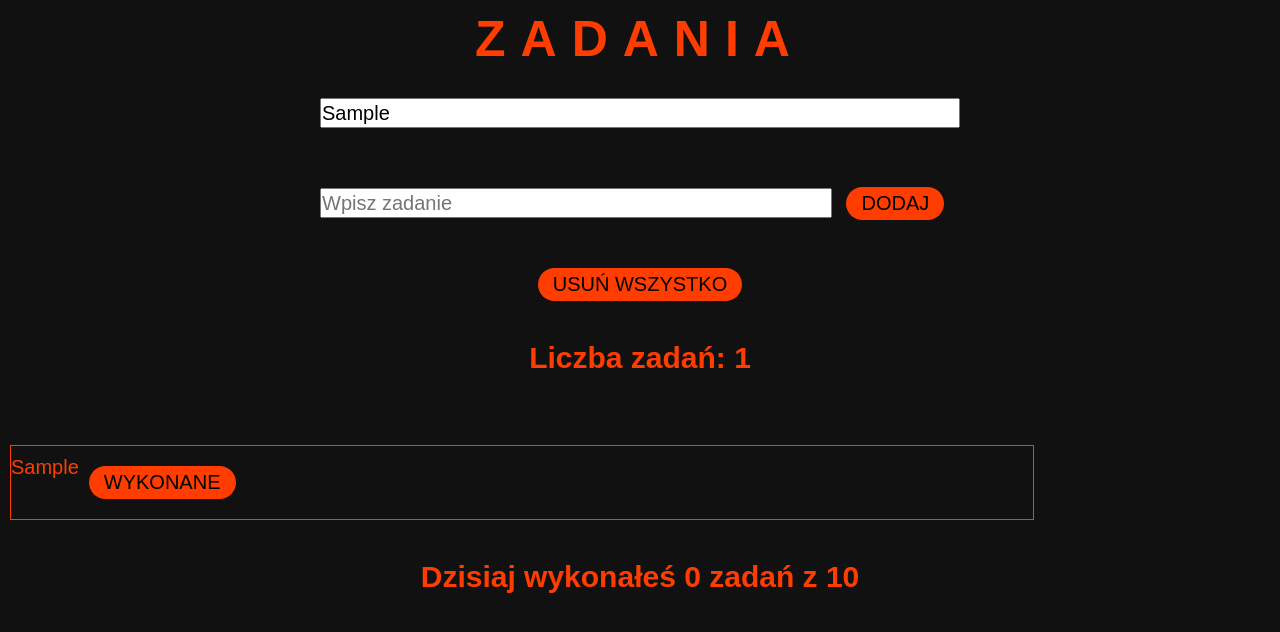
Repository: RobertDsr/To-Do-List
Page: index.html
The author's editor kept a copy of each file at every save. The page is drawn from the files as they stood at one save, then again after the next save.
The browser window is 1280 px wide. The pictures show the whole page.
Empty fields were first filled with sample values (such as "Sample", 5 or name@example.com).
After loading, the first visible `form.add-task` was submitted once.
The style sheet was rebuilt from its Sass, Less or Tailwind sources for each picture, by a compiler version that may differ from the author's.

Above is the page before, as saved 2022-01-14 14:16:07.

### index.html
<!DOCTYPE html>
<html lang="en">

<head>
    <meta charset="UTF-8">
    <meta http-equiv="X-UA-Compatible" content="IE=edge">
    <meta name="viewport" content="width=device-width, initial-scale=1.0">
    <title>To Do List</title>
    <link rel="stylesheet" href="css/style.min.css">
</head>

<body>
    <section class="main-wrapper">
        <h1 class="title">ZADANIA</h1>
        <input class="search" type="text" placeholder="Wpisz szukane słowo">
        <form class="add-task" action="">
            <input class="add-task__input" type="text" placeholder="Wpisz zadanie">
            <button class="btn btn--small">DODAJ</button>
        </form>
        <button class="btn btn--large">USUŃ WSZYSTKO</button>
        <h2 class="title-count-task">Liczba zadań: <span class="count-task">0</span></h2>
            <ul class="list">

            </ul>
        <h2 class="title-count-task">Dzisiaj wykonałeś <span class="count-task">0</span> zadań z <span
                class="count-task">10</span></h2>
    </section>

    <script src="/js/main.js"></script>
</body>

</html>

### js/main.js

const toDoList = [];

const input = document.querySelector('.search');
const ul = document.querySelector('.list');
const liElements = document.getElementsByClassName('list__item');
const form = document.querySelector('.add-task');
const taskNumber = document.querySelector('.count-task');
const inputAddTask = document.querySelector('.add-task__input');
const li = document.querySelectorAll('.list__item');

// Wyszukiwarka
const searchTask = (e) => {
    const searchTekst = e.target.value.toLowerCase();
    let tasks = [...liElements];
    tasks = tasks.filter(li => li.textContent.toLowerCase().includes(searchTekst));
    ul.textContent = "";
    tasks.forEach(li => ul.appendChild(li));
}

input.addEventListener('input', searchTask);

// Usuwanie elementów z listy
const removeTask = (e) => {
    e.target.parentNode.remove();
    const index = e.target.parentNode.dataset.key;
    // console.log(index);
    // document.querySelector(`li[data-key="${index}"]`).remove();
    // document.querySelector(`button[data-key="${index}"]`).remove();

    toDoList.splice(index, 1);

    renderList();

    taskNumber.textContent = liElements.length;
}




// Dodawanie elementów listy

const addTask = (e) => {
    e.preventDefault();
    const titleTask = inputAddTask.value;
    if(titleTask === "") return;
    const taskElements = document.createElement('li');
    taskElements.className = 'list__item';
    taskElements.innerHTML = titleTask + '<button class="btn btn--medium">WYKONANE</button>';
    toDoList.push(taskElements);
    ul.textContent = "";
    renderList();
    ul.appendChild(taskElements);

    inputAddTask.value = "";

    taskNumber.textContent = liElements.length;

    taskElements.querySelector('.btn--medium ').addEventListener('click', removeTask);
}

const renderList = () => {
    toDoList.forEach(( toDoElement, key) => {
        toDoElement.dataset.key = key;
        ul.appendChild(toDoElement);
    })
}

form.addEventListener('submit', addTask);

### sass/style.scss
@import "variables";
@import "reset";
@import "base";
@import "main";

### sass/_variables.scss
:root {
    --bg-main-color: rgb(17, 17, 17);
    --font-main-color: rgb(255, 61, 0);
    --btn-bg-color: rgb(255, 61, 0);
}

### sass/_base.scss
body {
    background-color: var(--bg-main-color);
    font-family: Arial, Helvetica, sans-serif;
    color: var(--font-main-color);
}

button {
    background-color: var(--btn-bg-color);
    border: none;
    margin: 10px;
    padding: 5px 15px;
    border-radius: 2em;
    font-size: 20px;
    cursor: pointer;
}

### sass/_main.scss
.main-wrapper {
    display: flex;
    flex-direction: column;
}

.title {
    margin: 10px;
    text-align: center;
    font-size: 50px;
    letter-spacing: 0.3em;
}

.search {
    margin: 20px auto;
    min-height: 30px;
    min-width: 50%;
    font-size: 20px;
}

.add-task {
    margin: 20px auto;
    min-width: 50%;
}

.add-task__input {
    margin: 20px auto;
    min-height: 30px;
    min-width: 80%;
    font-size: 20px;
}

.btn--large {
    margin: 10px auto;
}

.btn--medium {
    align-self: flex-end;
}

.title-count-task {
    margin: 30px 30px 60px;
    text-align: center;
    font-size: 30px;
}

.list {
    display: flex;
    flex-wrap: wrap;
}

.list__item {
    display: flex;
    flex-basis: 80%;
    font-size: 20px;
    margin: 10px;
    padding: 10px 0 10px;
    border: 1px solid ;
}

Loaded but not shown: sass/_reset.scss (common file)

After the next save:
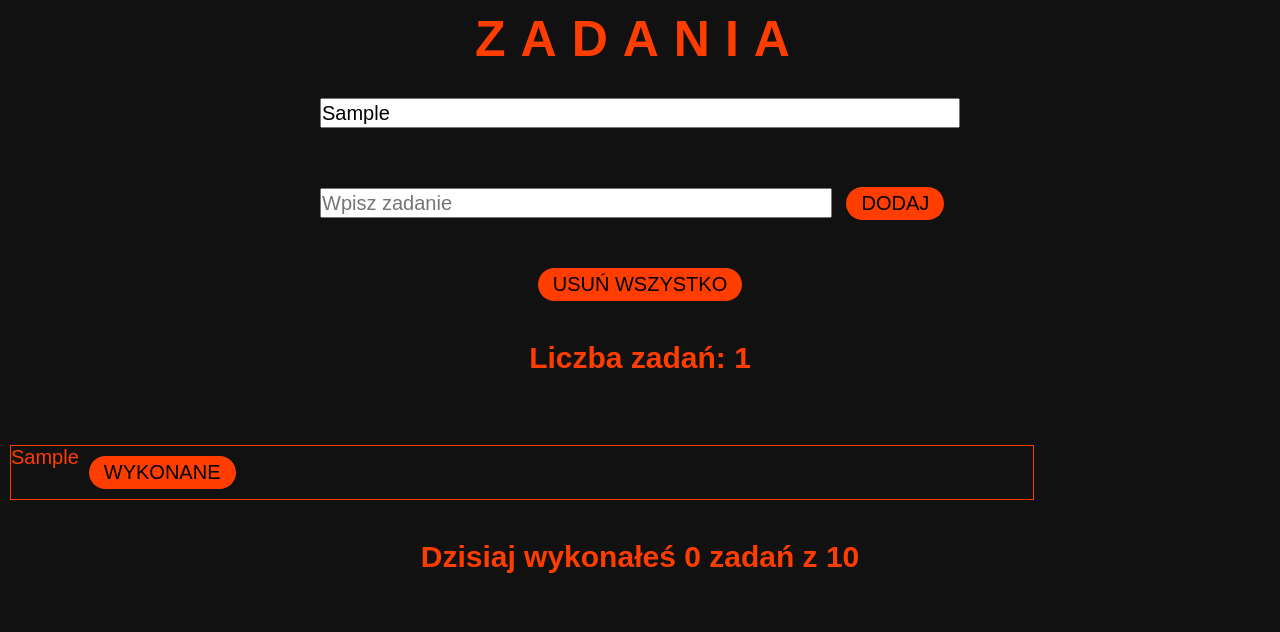
Saved 4 s later.
--- a/sass/_main.scss
+++ b/sass/_main.scss
@@ -53,6 +53,6 @@
     flex-basis: 80%;
     font-size: 20px;
     margin: 10px;
-    padding: 10px 0 10px;
+    padding: 10px 0 10px 10;
     border: 1px solid ;
 }
